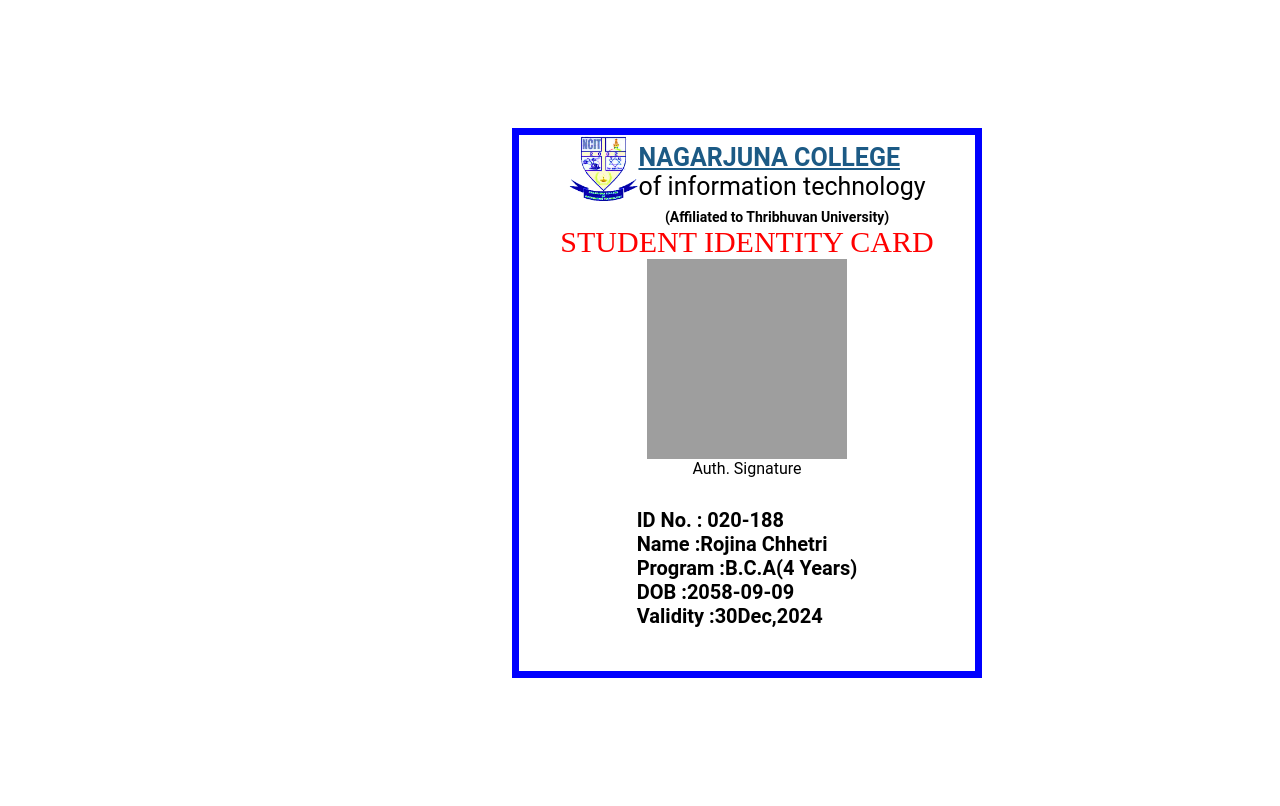
Repository: Rojinachhetri/roji
Page: rojina.html
An editor plug-in stored every save of this project. The page is shown before and after the next save, followed by the edit.
The browser window is 1280 px wide. The pictures show the whole page.
Pictures or frames that could not be fetched are drawn as grey boxes.

Above is the page before, as saved 2023-04-24 22:40:21.

### rojina.html
<!DOCTYPE html>
<html lang="en">

<head>
    <meta charset="UTF-8">
    <meta http-equiv="X-UA-Compatible" content="IE=edge">
    <meta name="viewport" content="width=device-width, initial-scale=1.0">
    <title>Nagrajuna college</title>
    <link rel="stylesheet" href="rojina.css">
</head>

<body>
    <div class="container">
        <div class="hero">
            <div class="logo">
                <img src="logo1.png" alt="logo" height="70px" width="70px">

            </div>
            <div class="container_text">
                <div class="name">NAGARJUNA COLLEGE</div>
                <div class="class1">of information technology</div>
            </div>
        </div>
        <div class="header">(Affiliated to Thribhuvan University)
        </div>
        <div class="student">STUDENT IDENTITY CARD</div>
        <div class="hero1">
            <img src="./rojinaa.jpg" alt="picture" height="200px" width="200px">
            <div>Auth. Signature</div>
        </div>
        <div class="id">
            <div>ID No. : 020-188</div>
            <div>Name :Rojina Chhetri</div>
            <div>Program :B.C.A(4 Years)</div>
            <div>DOB :2058-09-09</div>
            <div>Validity :30Dec,2024</div>
        </div>

    </div>


</body>

</html>

### rojina.css
    * {
        box-sizing: border-box;
        padding: 0px;
        margin: 0px;
        font-family: RobotO, sans-serif
    }

    .container {
        width: 470px;
        height: 550px;
        background-color: white;
        border: 7px solid blue;
        display: flex;
        flex-direction: column;
        align-items: center;
        margin: 10% 40% 10% 40%;
    }

    .hero {
        display: flex;
        flex-direction: row;
        align-items: center;
    }

    .container_text {
        font-size: 25px;
    }

    .container_text .name {
        text-decoration: underline;
        color: #1c5a85;
        font-weight: bolder;
    }

    .header {
        font-size: 14px;
        font-weight: bold;
        margin-left: 60px;
    }

    .hero1 {
        display: flex;
        flex-direction: column;
        align-items: center;
    }

    .student {
        font-size: 30px;
        font-weight: 500;
        font-family: 'Times New Roman', Times, serif;
        color: red;
    }

    .id {
        font-size: 20px;
        margin-top: 30px;
        font-weight: bold;
    }

After the next save:
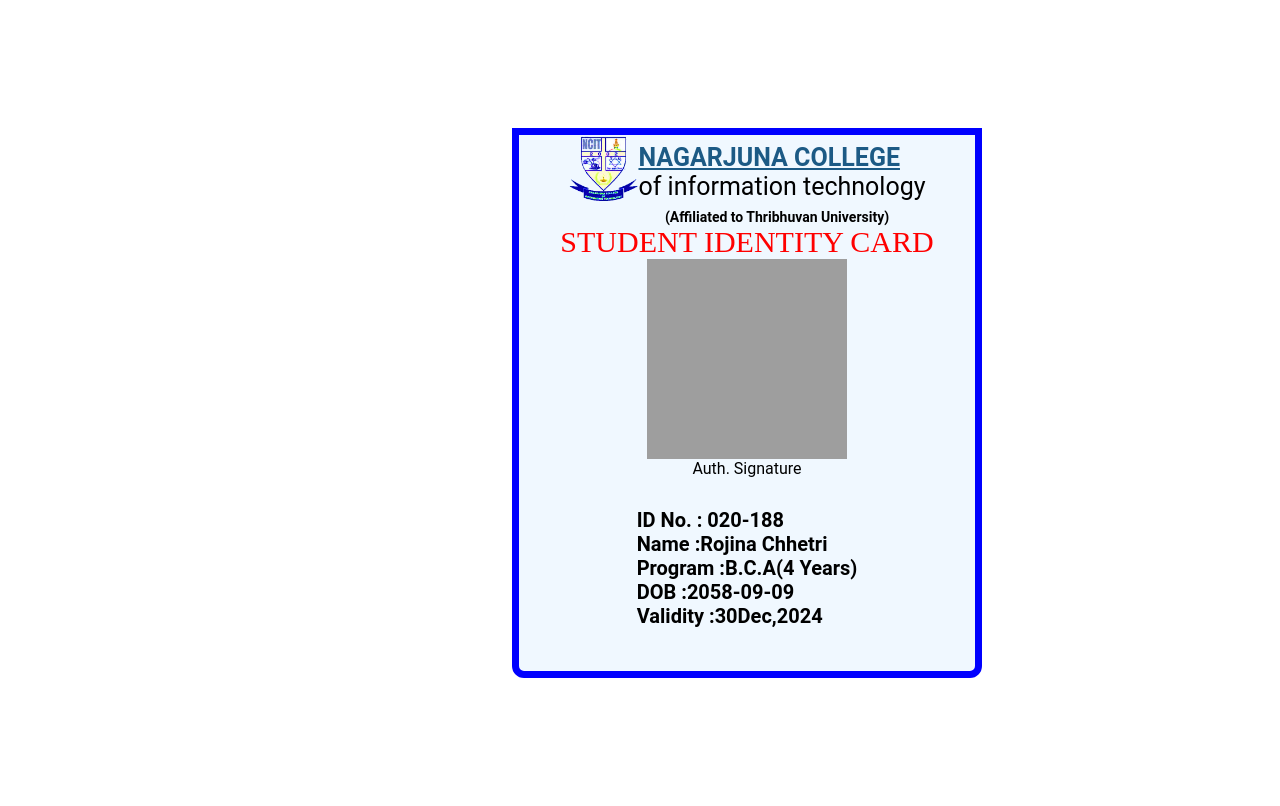
Saved 2 min 9 s later.
--- a/rojina.css
+++ b/rojina.css
@@ -8,12 +8,13 @@
     .container {
         width: 470px;
         height: 550px;
-        background-color: white;
+        background-color: aliceblue;
         border: 7px solid blue;
         display: flex;
         flex-direction: column;
         align-items: center;
         margin: 10% 40% 10% 40%;
+        border-radius: 0px 0px 12px 12px;
     }
 
     .hero {
